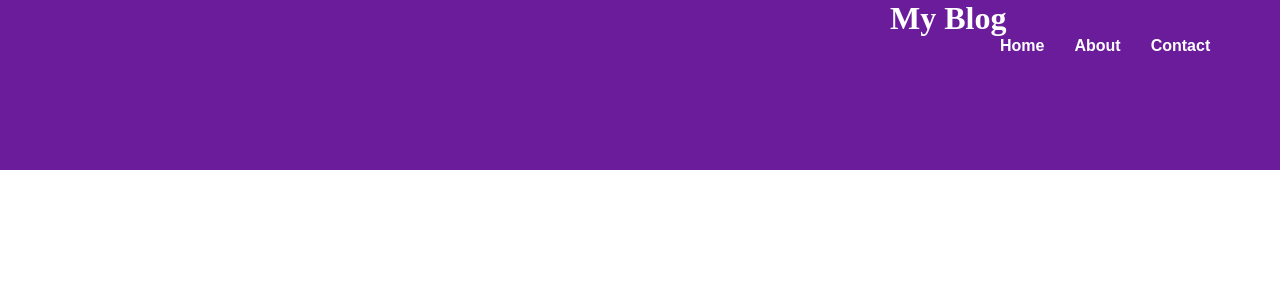
Repository: Femi007-gh/BLOG
Page: index.html
An editor plug-in stored every save of this project. The page is shown before and after a run of saves, followed by the edit.
The browser window is 1280 px wide. The pictures show the whole page.

Above is the page before, as saved 2025-01-08 07:12:29.

After the next 2 saves:
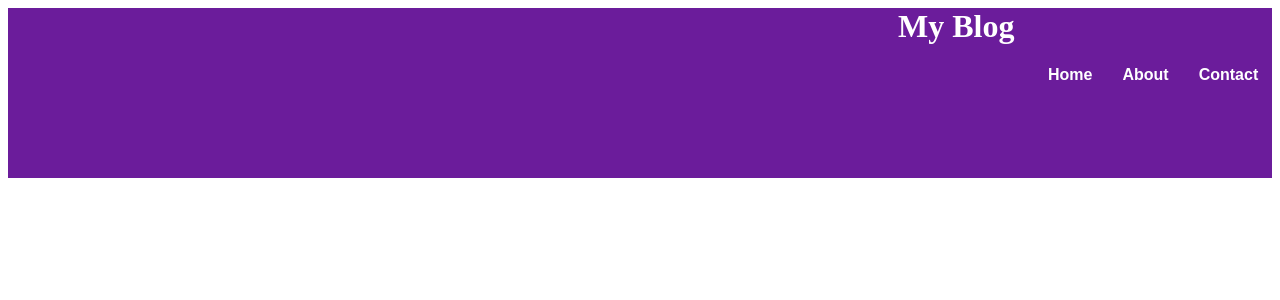
The 2 saves are shown as one change because they came seconds apart.
The last was saved 9 s later.
--- a/style.css
+++ b/style.css
@@ -2,10 +2,6 @@ header {
   background-color: 6B1C9B;
   color: white;
   height: 170px;
-}
-* {
-  margin: 0;
-  padding: 0;
 }
 
 .desc {
